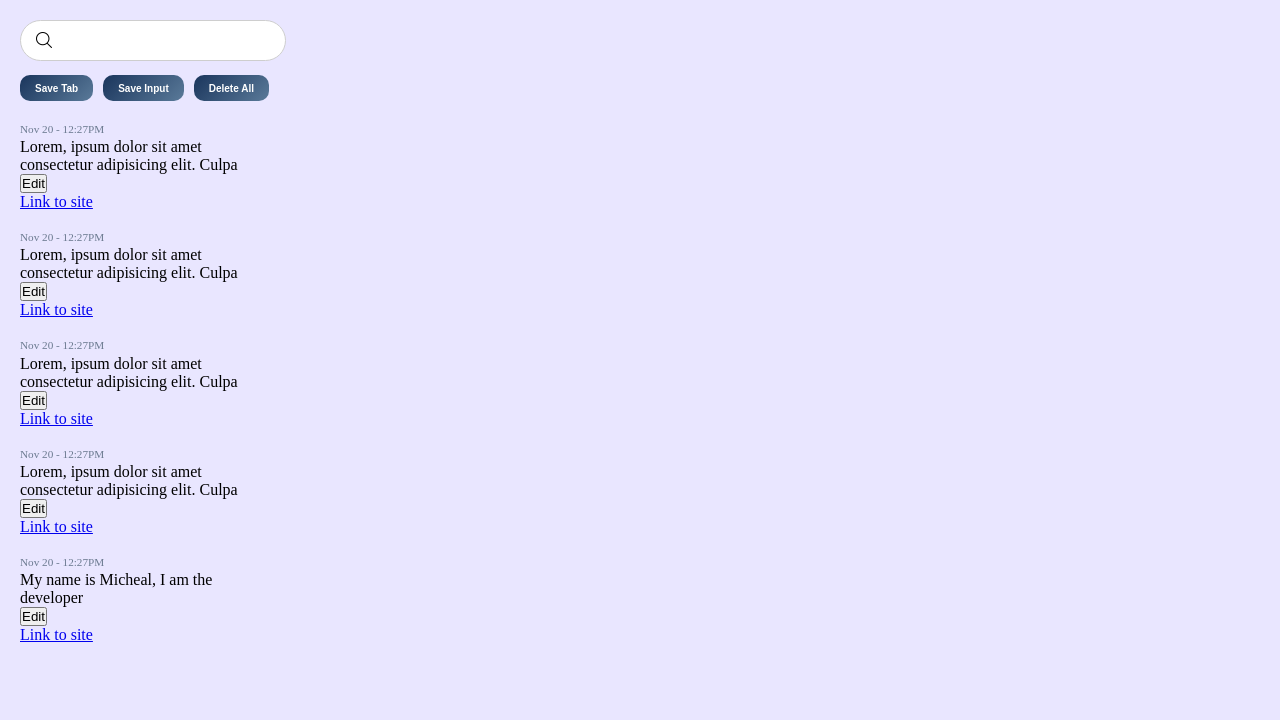
Repository: IdowuMicheal-1/Text-Tab-Organizer
Page: popup.html
These files come from the project's save history. The page is drawn as it stood at one moment and after a run of saves; the edit follows.
The browser window is 1280 px wide. The pictures show the whole page.

Above is the page before, as saved 2025-05-14 15:03:14.

After the next 2 saves:
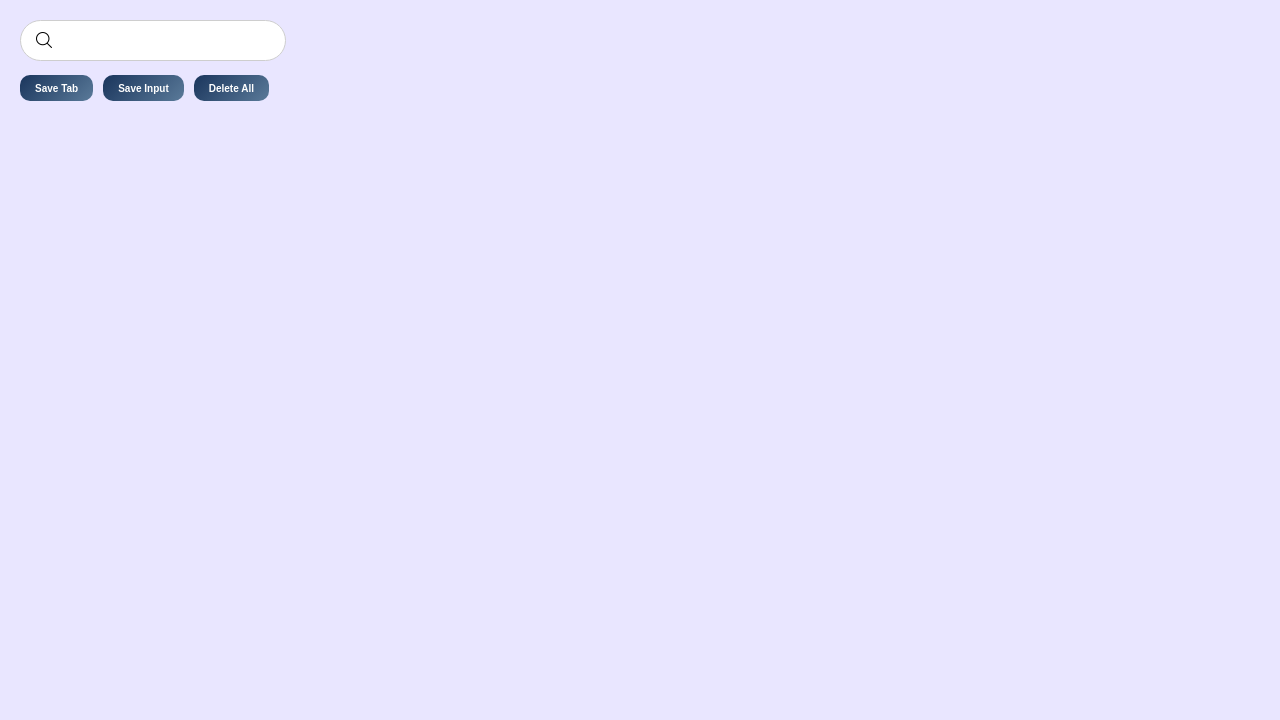
Console error: SyntaxError: Unexpected token '}'
The 2 saves are shown as one change because they came seconds apart.
The last was saved 5 s later.
--- a/popup.js
+++ b/popup.js
@@ -42,7 +42,7 @@
           <button class="edit-btn">Edit</button>
           </div>
           <p><a href="${items.link}">Link to site</a></p>
-          <p>
+          <p>Index:${}
        `;
 
     listContent.appendChild(li);

After the 2 saves that followed:
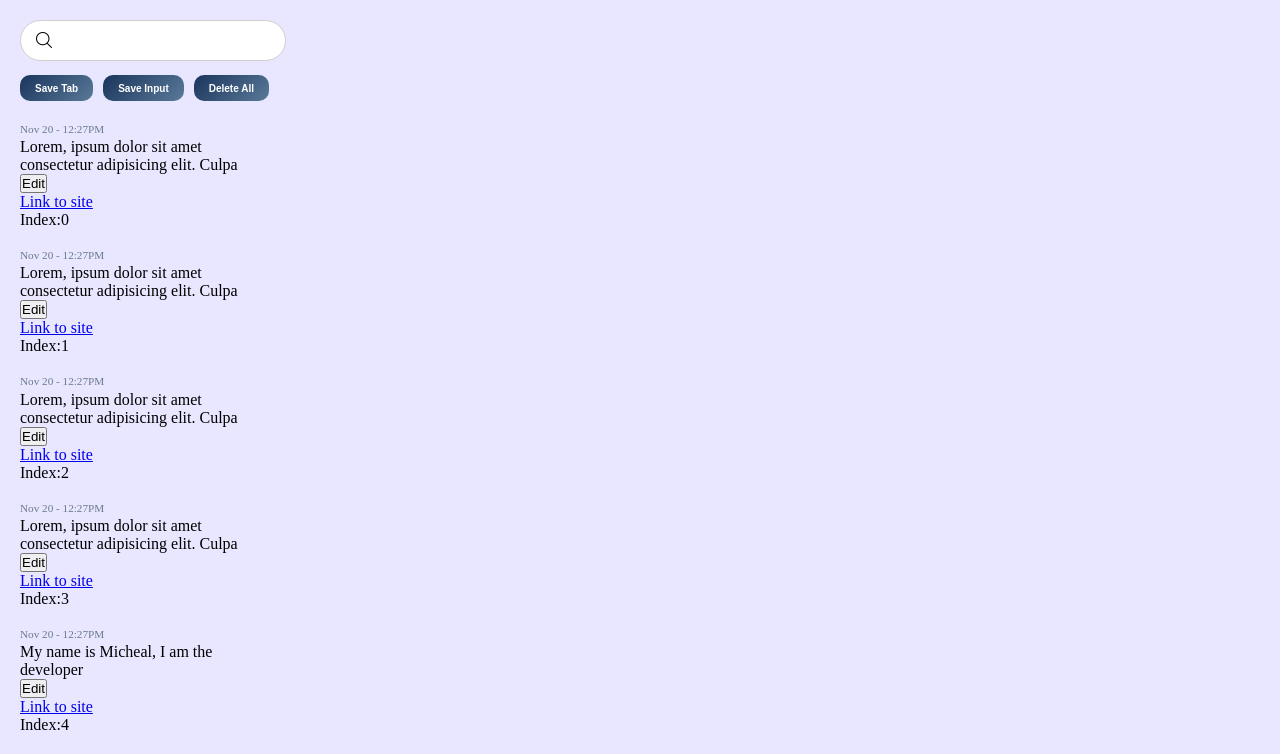
The error is gone.
The 2 saves are shown as one change because they came seconds apart.
The last was saved 7 s later.
--- a/popup.js
+++ b/popup.js
@@ -42,7 +42,7 @@
           <button class="edit-btn">Edit</button>
           </div>
           <p><a href="${items.link}">Link to site</a></p>
-          <p>Index:${}
+          <p>Index:${index}</p>
        `;
 
     listContent.appendChild(li);
